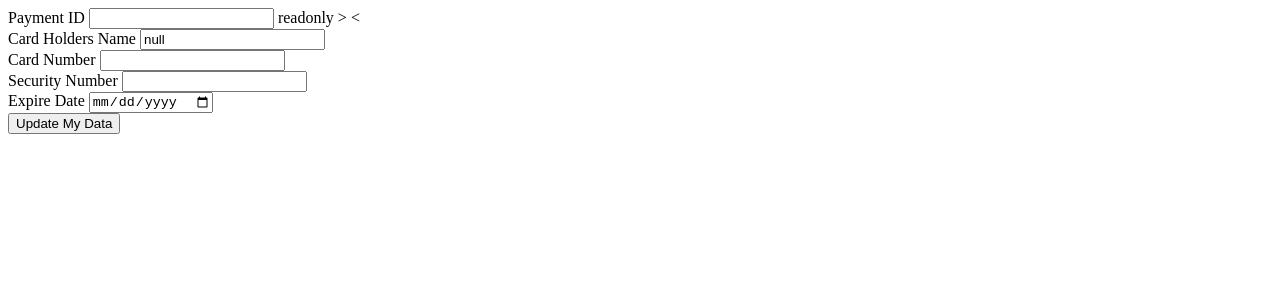
Repository: sandeepa9803/OOP---Online-Travel-web-application
Page: http://localhost/PaymentNew/updatepayment.jsp
These files come from the project's save history. The page is drawn as it stood at one moment and after the next save; the edit follows.
The browser window is 1280 px wide. The pictures show the whole page.
The page is served by Tomcat 9. Other server files are loaded and not shown.

Above is the page before, as saved 2021-10-10 06:22:49.

### PaymentNew/WebContent/updatepayment.jsp
<%@ page language="java" contentType="text/html; charset=ISO-8859-1"
    pageEncoding="ISO-8859-1"%>
<!DOCTYPE html>
<html>
<head>
<meta charset="ISO-8859-1">
<title>Insert title here</title>
</head>
<body>

   <%
      String PaymentID=request.getParameter("PaymentID");
      String CardHoldersName=request.getParameter("CardHoldersName");
      String CardNumber=request.getParameter("CardNumber");
      String SecurityCode=request.getParameter("SecurityCode");
      String ExpireDate=request.getParameter("ExpireDate");
   %>

    <form action="#" method ="post" >
    Payment ID <input type ="number" name="paymentid" value="<%=PaymentID%>"> readonly > <<br>
    Card Holders Name <input type ="text" name="cardholder" value="<%=CardHoldersName%>"><br>
    Card Number <input type ="number" name="cardnum" value="<%=CardNumber%>"><br>
    Security Number <input type ="number" name="cvcnum" value="<%=SecurityCode%>"><br>
    Expire Date <input type ="date" name="date" value="<%=ExpireDate%>"><br>

    <input type ="submit" name="submit" value="Update My Data"><br>
    </form>

</body>
</html>

After the next save:
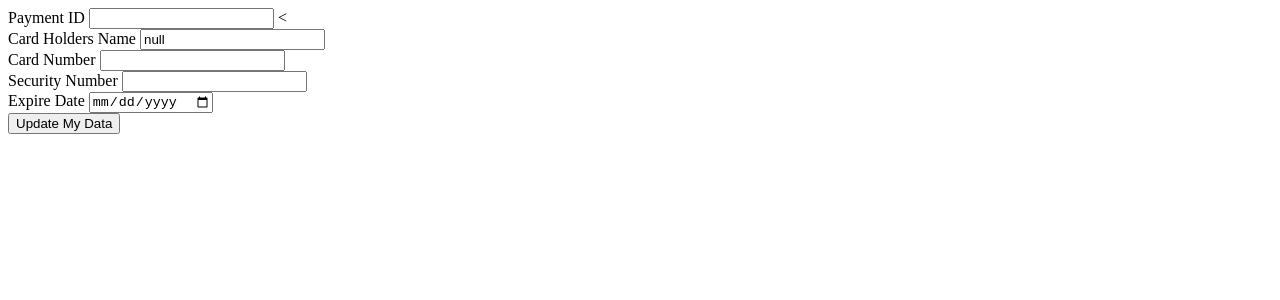
Saved 98 s later.
--- a/PaymentNew/WebContent/updatepayment.jsp
+++ b/PaymentNew/WebContent/updatepayment.jsp
@@ -17,7 +17,7 @@
    %>
 
     <form action="#" method ="post" >
-    Payment ID <input type ="number" name="paymentid" value="<%=PaymentID%>"> readonly > <<br>
+    Payment ID <input type ="number" name="paymentid" value="<%=PaymentID%>" readonly > <<br>
     Card Holders Name <input type ="text" name="cardholder" value="<%=CardHoldersName%>"><br>
     Card Number <input type ="number" name="cardnum" value="<%=CardNumber%>"><br>
     Security Number <input type ="number" name="cvcnum" value="<%=SecurityCode%>"><br>
